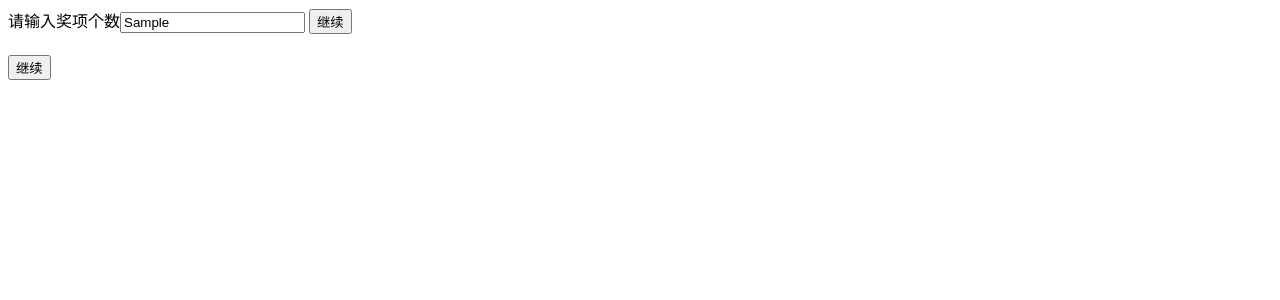
Repository: shadowofgost/Lab
Page: APPS/Lab1/Templates/index.html
An editor plug-in stored every save of this project. The page is shown before and after the next save, followed by the edit.
The browser window is 1280 px wide. The pictures show the whole page.
Empty fields were first filled with sample values (such as "Sample", 5 or name@example.com).
After loading, the first visible `button` was clicked once.

Above is the page before, as saved 2021-09-23 15:06:29.

### APPS/Lab1/Templates/index.html
<html>
	<head>
		<meta charset="utf-8" />
		<title>设置抽奖信息</title>
	</head>
	<body>
		<form method="post" action="https://">
			请输入奖项个数<input
				type="text"
				name="prize_number"
				id="prize_number"
			/>
			<button type="button" name="continue" onclick="set_prize()">
				继续
			</button>
			<div id="prize_settings"></div>
			<div id="participant_settings"></div>
		</form>
		<script type="text/javascript">
			function set_prize() {
				var prize_number = parseInt(
					document.getElementById("prize_number").value
				);
				console.log(prize_number);
				for (var i = 1; i <= prize_number; i++) {
					var mytype,
						TemO = document.getElementById("prize_settings");
					var title = document.createElement("h4");
					title.innerHTML = i + "等奖项数量设置";
					TemO.appendChild(title);
					var newInput = document.createElement("input");
					newInput.setAttribute("type", "text");
					newInput.setAttribute("name", "prize_" + i);
					newInput.setAttribute("id", "prize_" + i);
					newInput.setAttribute("value", "0");
					newInput.setAttribute("onchange","validate_prize_number("+i+")");
					TemO.appendChild(newInput);
					var newline = document.createElement("br");
					TemO.appendChild(newline);
					var error= document.createElement("h4");
					error.setAttribute("id", "prize_error_"+i);
					TemO.appendChild(error);
				}
				var mytype,
					TemO = document.getElementById("prize_settings");
				var participant_numbers = document.createElement("input");
				participant_numbers.setAttribute("type", "text");
				participant_numbers.setAttribute("name", "participant_numbers");
				participant_numbers.setAttribute("id", "participant_numbers");
				participant_numbers.setAttribute("value", "0");
				participant_numbers.setAttribute("onchange","validate_participant_numbers()");
				var participant_numbers_error= document.createElement("h4");
				participant_numbers_error.setAttribute("id", "participant_numbers_error");
				TemO.appendChild(participant_numbers_error);
				var button = document.createElement("button");
				button.setAttribute("type", "button");
				button.setAttribute("name", "continue");
				button.setAttribute("onclick", "set_participant()");
				button.innerHTML = "继续";
				TemO.appendChild(button);
			}
			function validate_prize_number(i) {
				var prize_number = parseInt(document.getElementById("prize_"+i).value);
				if (prize_number === 0) {
					var prize_error = document.getElementById("prize_error_"+i);
					prize_error.innerHTML = "奖项数量不为0";
					return false;
				}
				if (Object.is(prize_number, NaN)) {
					var prize_error = document.getElementById("prize_error_"+i);
					prize_error.innerHTML = "请输入正确字符";
					return false;
				}
				return true;
			}
			function validate_participant_numbers() {
				var participant_numbers = parseInt(document.getElementById("participant_numbers").value);
				if (participant_numbers === 0) {
					var participant_numbers = document.getElementById("participant_numbers_error");
					participant_numbers.innerHTML = "总人数不为0";
					return false;
				}
				if (Object.is(participant_numbers, NaN)) {
					var participant_numbers = document.getElementById("participant_numbers_error");
					participant_numbers.innerHTML = "请输入正确字符";
					return false;
				}
				return true;
			}
			function set_participant() {
				var prize_number = parseInt(
					document.getElementById("prize_number").value
				);
				var total_prize_number = 0;
				var participant_numbers = parseInt(document.getElementById("participant_numbers").value);
				for (var i = 1; i <= prize_number; i++) {
					if (alidate_prize_number(i)){
						alert("奖项数量设置有误请重新设置");
					}
					else {
						total_prize_number += parseInt(document.getElementById("prize_"+i).value);
					}
				}
				if(validate_participant_numbers()){
					alert("抽奖人员总数有误请重新上设置");
				}
				var mytype,
					TemO = document.getElementById("participant_settings");
				var newInput = document.createElement("input");
				newInput.setAttribute("type", "text");
				newInput.setAttribute("name", "参与抽奖人员姓名" + i);
				newInput.setAttribute("id", "participant");
				TemO.appendChild(newInput);
				var button = document.createElement("button");
				button.setAttribute("type", "button");
				button.setAttribute("name", "continue");
				button.setAttribute("onclick", "continue_participant()");
				button.setAttribute("value", "")
				button.setAttribute("id", "continue_participant");
				button.innerHTML = "继续输入参与抽奖人员名单";
				TemO.appendChild(button);
			}
			function continue_participant() {
				var participant_numbers = parseInt(document.getElementById("participant_numbers").value);
				var participant_string = document.getElementById("continue_participant").value;
				var tmp = document.getElementById("participant").value;
				if (participant_string==="") {
					participant_string = "1"+";"+tmp;
				}
				else{
					var participant_string_array = participant_string.split(";");
					participant_string_array.push(tmp);
					participant_string_array[0] = String(parseInt(participant_string_array[0]) + 1);
					if (parseInt(participant_string_array[0]) === participant_numbers) {
					var mytype,
					TemO = document.getElementById("participant_settings");
				var button = document.createElement("button");
				button.setAttribute("type", "submit");
				button.setAttribute("name", "submit");
				button.setAttribute("onclick", "submit_data()");
				button.innerHTML = "提交抽奖设置";
				TemO.appendChild(button);
					}
				}
			}
			function submit_data() {
				var participant_string = document.getElementById("continue_participant").value;

			}
		</script>
	</body>
</html>

After the next save:
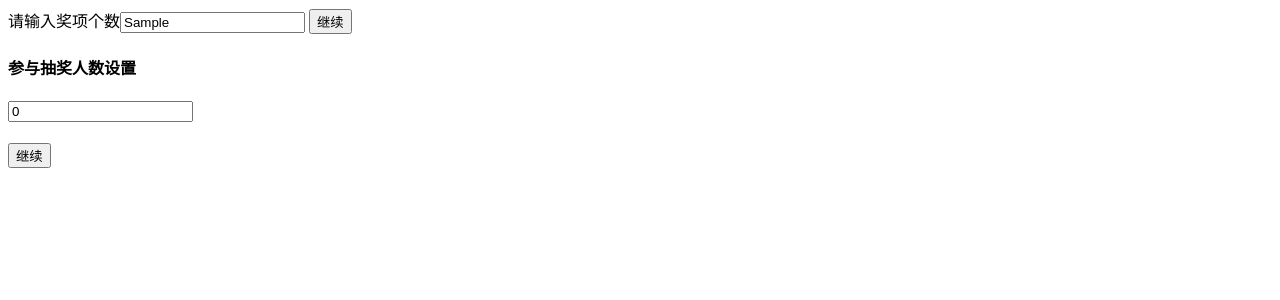
Saved 10 min 2 s later.
--- a/APPS/Lab1/Templates/index.html
+++ b/APPS/Lab1/Templates/index.html
@@ -43,12 +43,16 @@
 				}
 				var mytype,
 					TemO = document.getElementById("prize_settings");
+				var title = document.createElement("h4");
+					title.innerHTML = "参与抽奖人数设置";
+					TemO.appendChild(title);
 				var participant_numbers = document.createElement("input");
 				participant_numbers.setAttribute("type", "text");
 				participant_numbers.setAttribute("name", "participant_numbers");
 				participant_numbers.setAttribute("id", "participant_numbers");
 				participant_numbers.setAttribute("value", "0");
 				participant_numbers.setAttribute("onchange","validate_participant_numbers()");
+				TemO.appendChild(participant_numbers);
 				var participant_numbers_error= document.createElement("h4");
 				participant_numbers_error.setAttribute("id", "participant_numbers_error");
 				TemO.appendChild(participant_numbers_error);
@@ -94,7 +98,7 @@
 				var total_prize_number = 0;
 				var participant_numbers = parseInt(document.getElementById("participant_numbers").value);
 				for (var i = 1; i <= prize_number; i++) {
-					if (alidate_prize_number(i)){
+					if (validate_prize_number(i)){
 						alert("奖项数量设置有误请重新设置");
 					}
 					else {
@@ -104,7 +108,7 @@
 				if(validate_participant_numbers()){
 					alert("抽奖人员总数有误请重新上设置");
 				}
-				var mytype,
+				var mytype,v
 					TemO = document.getElementById("participant_settings");
 				var newInput = document.createElement("input");
 				newInput.setAttribute("type", "text");
@@ -113,16 +117,15 @@
 				TemO.appendChild(newInput);
 				var button = document.createElement("button");
 				button.setAttribute("type", "button");
-				button.setAttribute("name", "continue");
+				button.setAttribute("name", "");
 				button.setAttribute("onclick", "continue_participant()");
-				button.setAttribute("value", "")
 				button.setAttribute("id", "continue_participant");
 				button.innerHTML = "继续输入参与抽奖人员名单";
 				TemO.appendChild(button);
 			}
 			function continue_participant() {
 				var participant_numbers = parseInt(document.getElementById("participant_numbers").value);
-				var participant_string = document.getElementById("continue_participant").value;
+				var participant_string = document.getElementById("continue_participant").name;
 				var tmp = document.getElementById("participant").value;
 				if (participant_string==="") {
 					participant_string = "1"+";"+tmp;
@@ -134,18 +137,18 @@
 					if (parseInt(participant_string_array[0]) === participant_numbers) {
 					var mytype,
 					TemO = document.getElementById("participant_settings");
-				var button = document.createElement("button");
-				button.setAttribute("type", "submit");
-				button.setAttribute("name", "submit");
-				button.setAttribute("onclick", "submit_data()");
-				button.innerHTML = "提交抽奖设置";
-				TemO.appendChild(button);
+					var button = document.createElement("button");
+					button.setAttribute("type", "submit");
+					button.setAttribute("name", "submit");
+					button.setAttribute("onclick", "submit_data()");
+					button.innerHTML = "提交抽奖设置";
+					TemO.appendChild(button);
 					}
 				}
 			}
 			function submit_data() {
-				var participant_string = document.getElementById("continue_participant").value;
-
+				var participant_string = document.getElementById("continue_participant").name;
+				document.getElementById("participant").value = participant_string.split(";");
 			}
 		</script>
 	</body>
